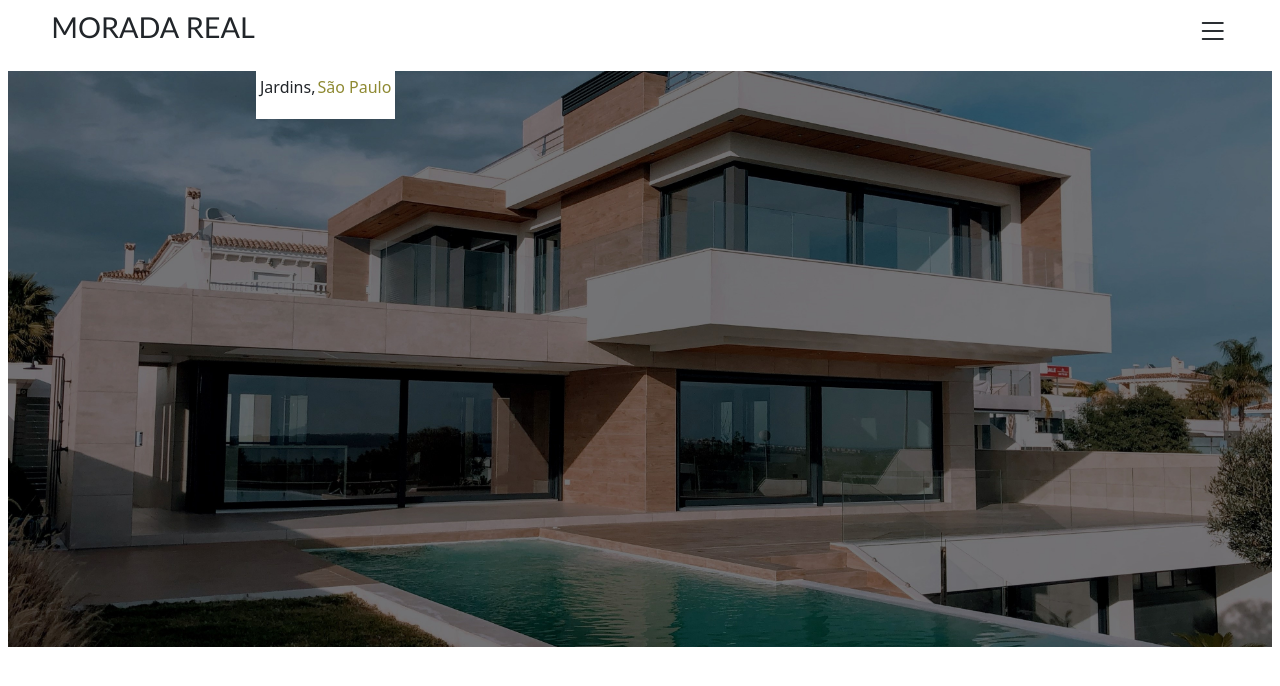
Repository: Mattyns/moradareal
Page: index.html
The author's editor kept a copy of each file at every save. The page is drawn from the files as they stood at one save, then again after the next save.
The browser window is 1280 px wide. The pictures show the whole page.

Above is the page before, as saved 2025-07-10 17:54:56.

After the next save:
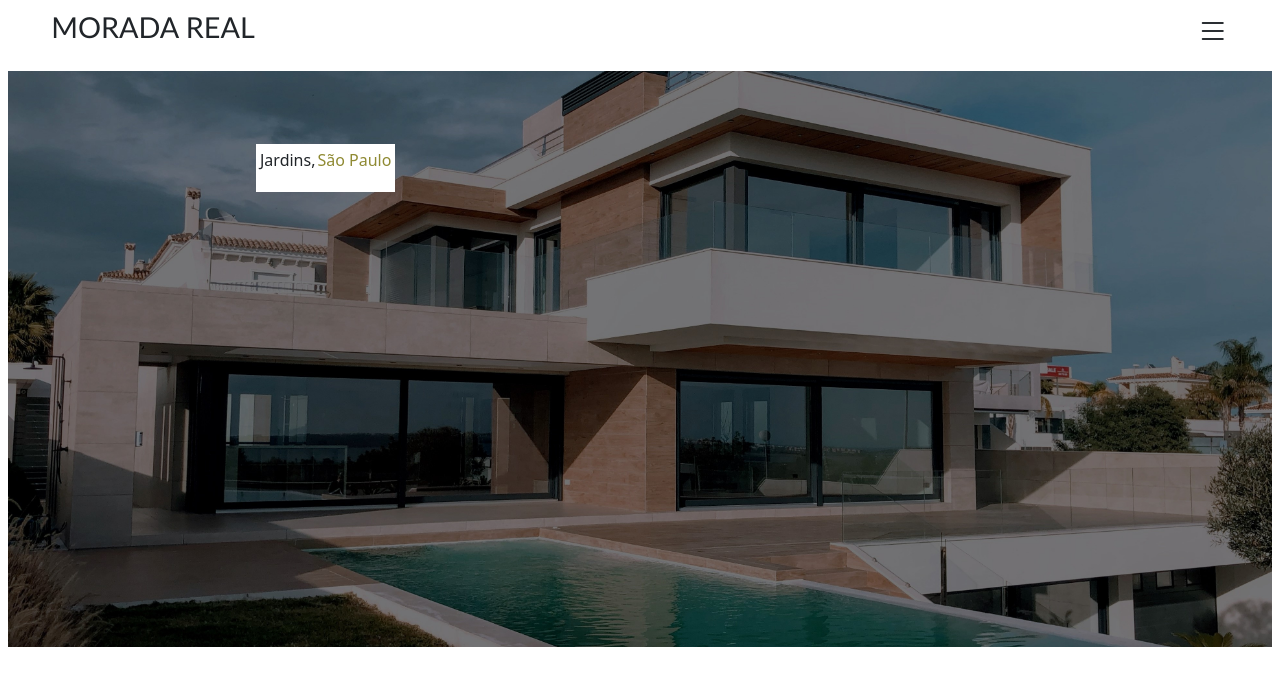
Saved 4 s later.
--- a/style/style.css
+++ b/style/style.css
@@ -56,7 +56,7 @@
     width: fit-content;
     padding: 4px;
     position: absolute;
-
+    top: 20%;
     left: 20%;
 
 }
